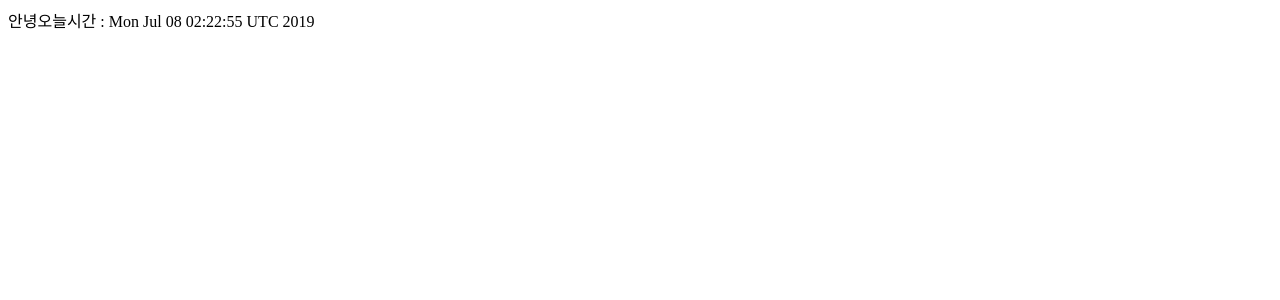
Repository: fhwang2/WEB
Page: http://localhost/190708_JSP/
The author's editor kept a copy of each file at every save. The page is drawn from the files as they stood at one save, then again after the next save.
The browser window is 1280 px wide. The pictures show the whole page.
The page is served by Tomcat 9.

Above is the page before, as saved 2019-07-08 06:06:01.

### 190708_JSP/WebContent/index.jsp
<%@ page import="java.util.Date"%>
<%@ page language="java" contentType="text/html; charset=UTF-8"
	pageEncoding="UTF-8"%>

<%
	Date d = new Date();
%>
<!DOCTYPE html>
<html>
<head>
<meta charset="UTF-8">
<title>Insert title here</title>
</head>
<body>
<%
	out.write("안녕");
	out.write("오늘시간 : "+d);   //out.write()는 data 타입을 출력할 수 없어 문자열로 출력
%>
</body>
</html>

After the next save:
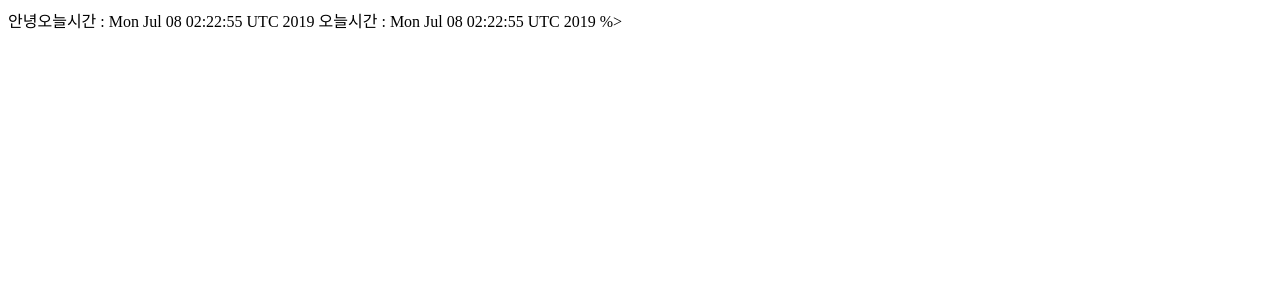
Saved 12 min 22 s later.
--- a/190708_JSP/WebContent/index.jsp
+++ b/190708_JSP/WebContent/index.jsp
@@ -16,5 +16,8 @@
 	out.write("안녕");
 	out.write("오늘시간 : "+d);   //out.write()는 data 타입을 출력할 수 없어 문자열로 출력
 %>
+
+<%= "오늘시간 : "+d %>
+%>
 </body>
 </html>
